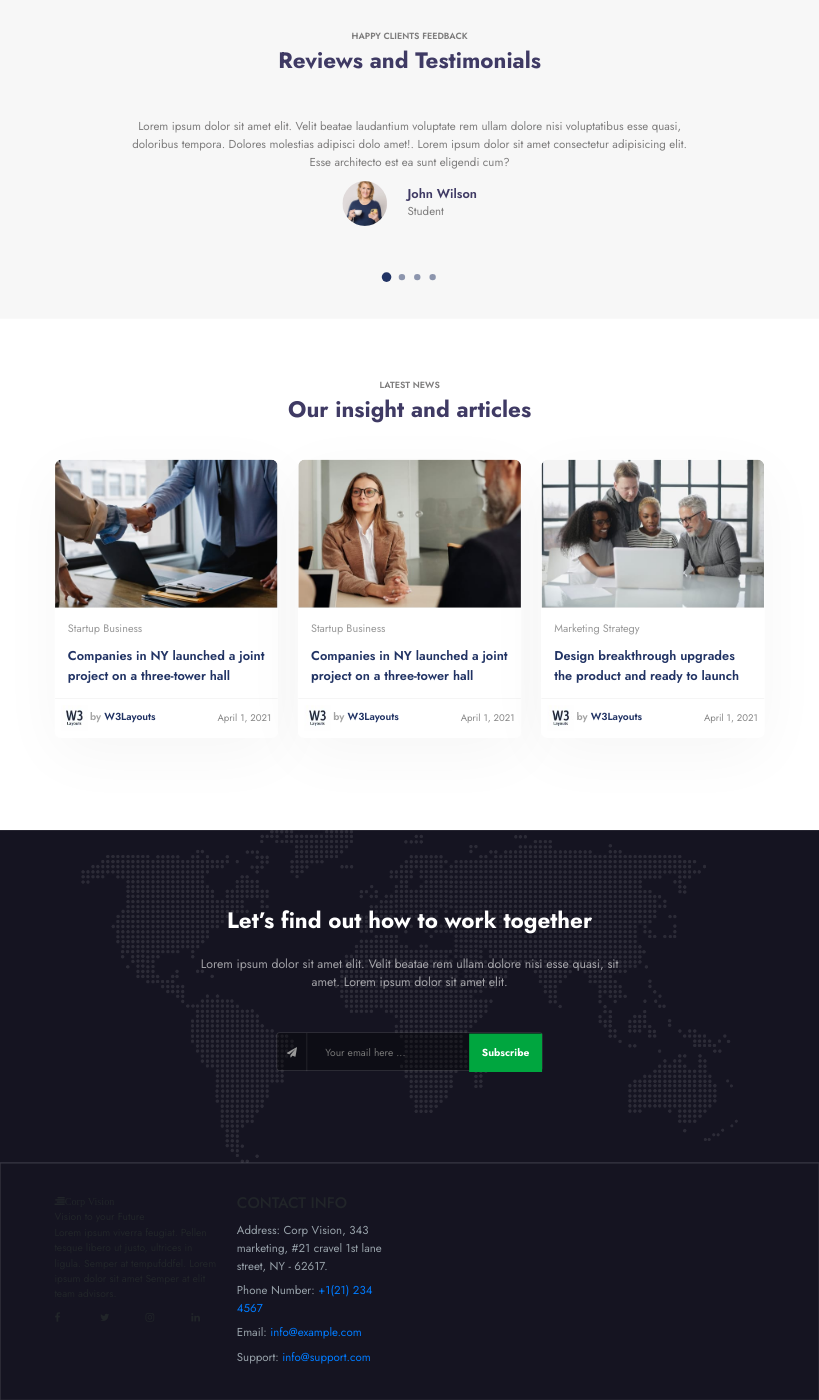
Repository: khaipnp/corpvision
Page: index.html
These files come from the project's save history. The page is drawn as it stood at one moment and after the next save; the edit follows.
The browser window is 1280 px wide. The pictures show the whole page, at 64% of full size.

Above is the page before, as saved 2021-07-04 12:56:54.

After the next save:
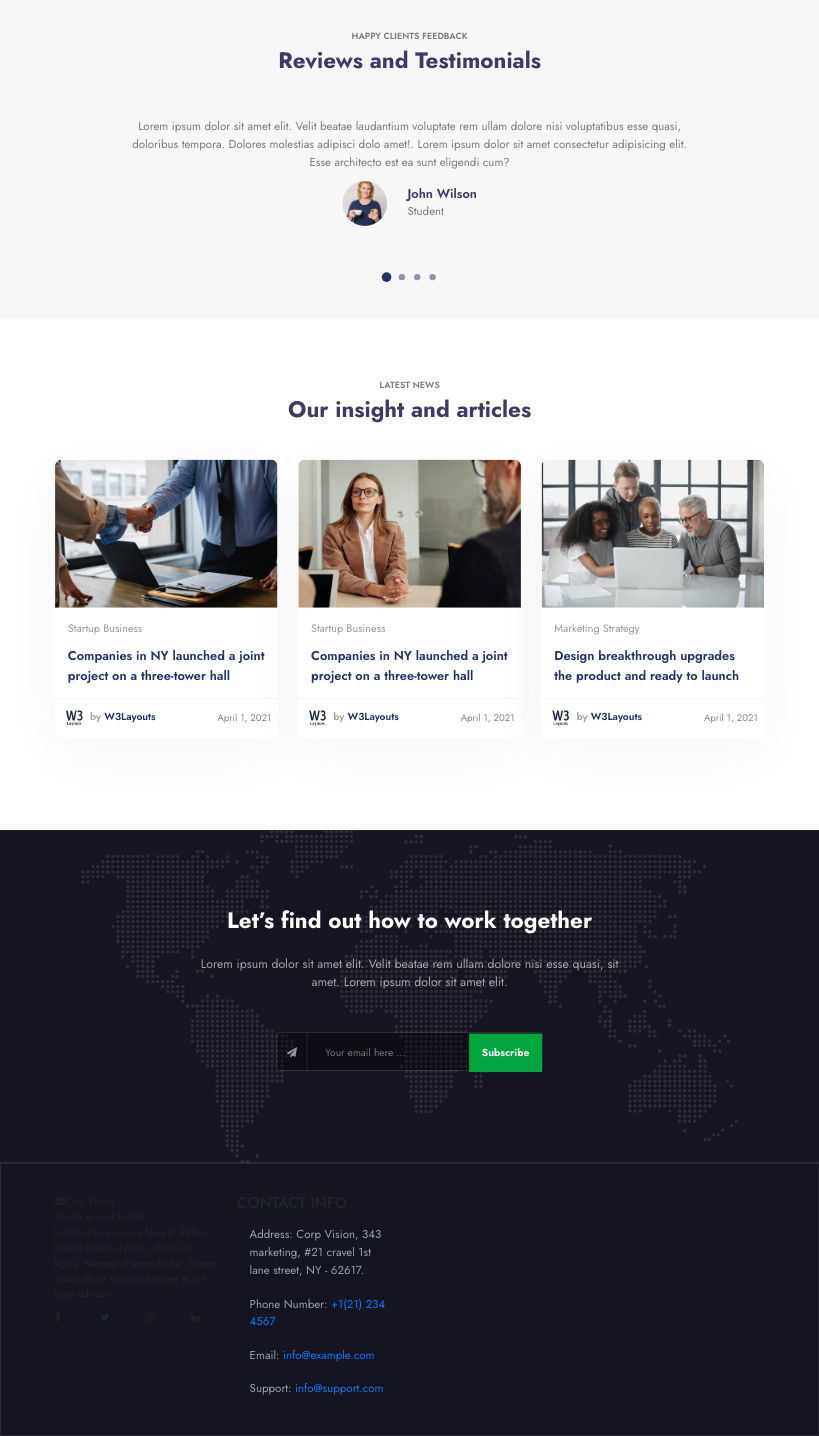
Saved 65 s later.
--- a/css/main.css
+++ b/css/main.css
@@ -235,9 +235,11 @@ footer {
   border: 1px solid rgb(255, 255, 255, 0.15);
 }
 
+.footer__content p {
+}
+
 .footer__content .list-group-item {
   background-color: transparent !important;
-  padding: 5px 0 !important;
   color: #97a1a9;
   border: none !important;
   font-size: 18px;
